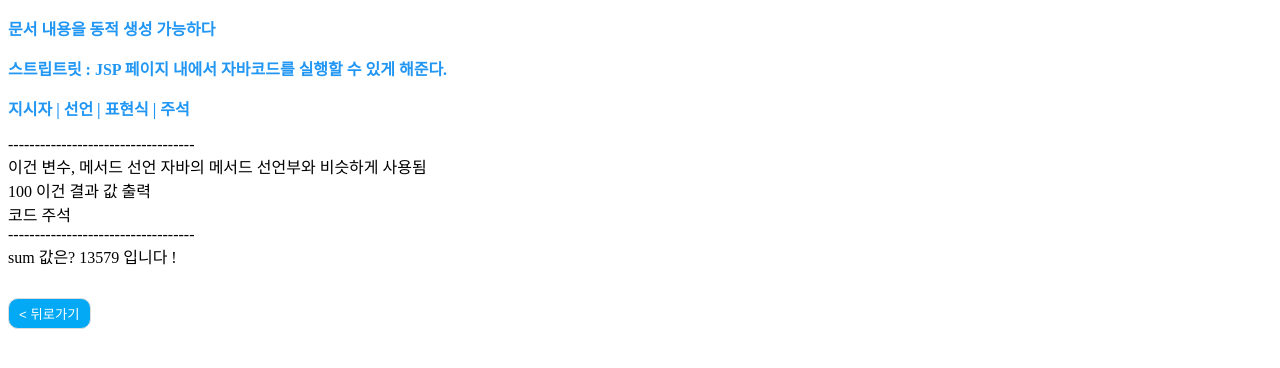
Repository: hyejux/JSP_STUDY
Page: http://localhost/JSPPractice2/JSP_ex1.jsp
The author's editor kept a copy of each file at every save. The page is drawn from the files as they stood at one save, then again after the next save.
The browser window is 1280 px wide. The pictures show the whole page.
The page is served by Tomcat 9.

Above is the page before, as saved 2025-01-07 14:52:39.

After the next save:
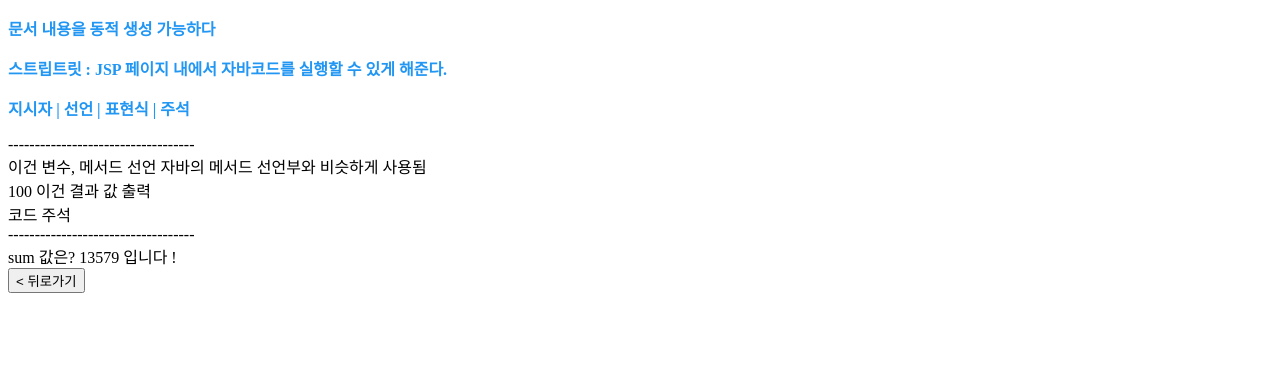
Saved 25 s later.
--- a/JSPPractice2/src/main/webapp/css/style.css
+++ b/JSPPractice2/src/main/webapp/css/style.css
@@ -3,11 +3,11 @@
 	font-weight: bold;
 }
 
-button {
+.btn1 {
 	border: 1px solid #ddd;
     color: #ffffff;
     border-radius: 10px;
     padding: 5px 10px;
     background: #03A9F4;
-    margin-top: 30px;
+    margin-top: 5px;
 }
